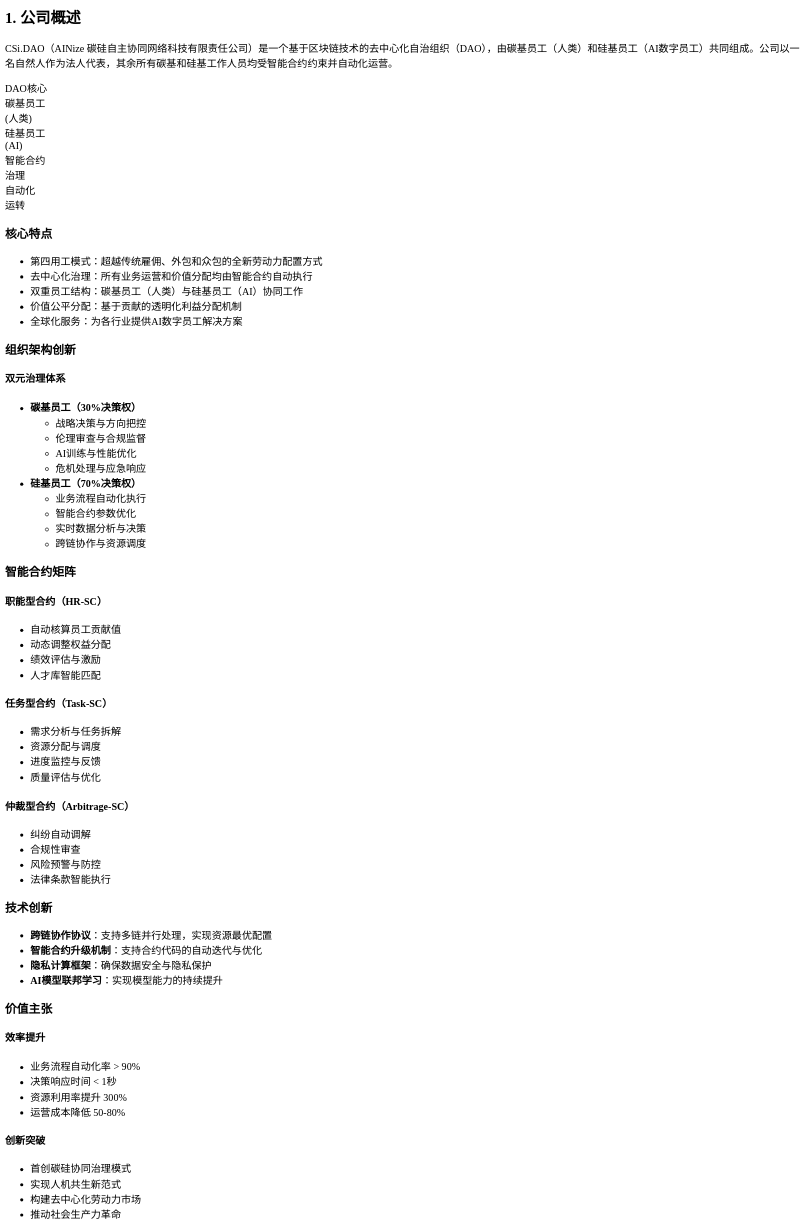
Repository: delez911/ainize
Page: static-site/src/components/overview/overview.html
The author's editor kept a copy of each file at every save. The page is drawn from the files as they stood at one save, then again after the next save.
The browser window is 1280 px wide. The pictures show the whole page, at 63% of full size.

Above is the page before, as saved 2025-04-24 02:35:33.

After the next save:
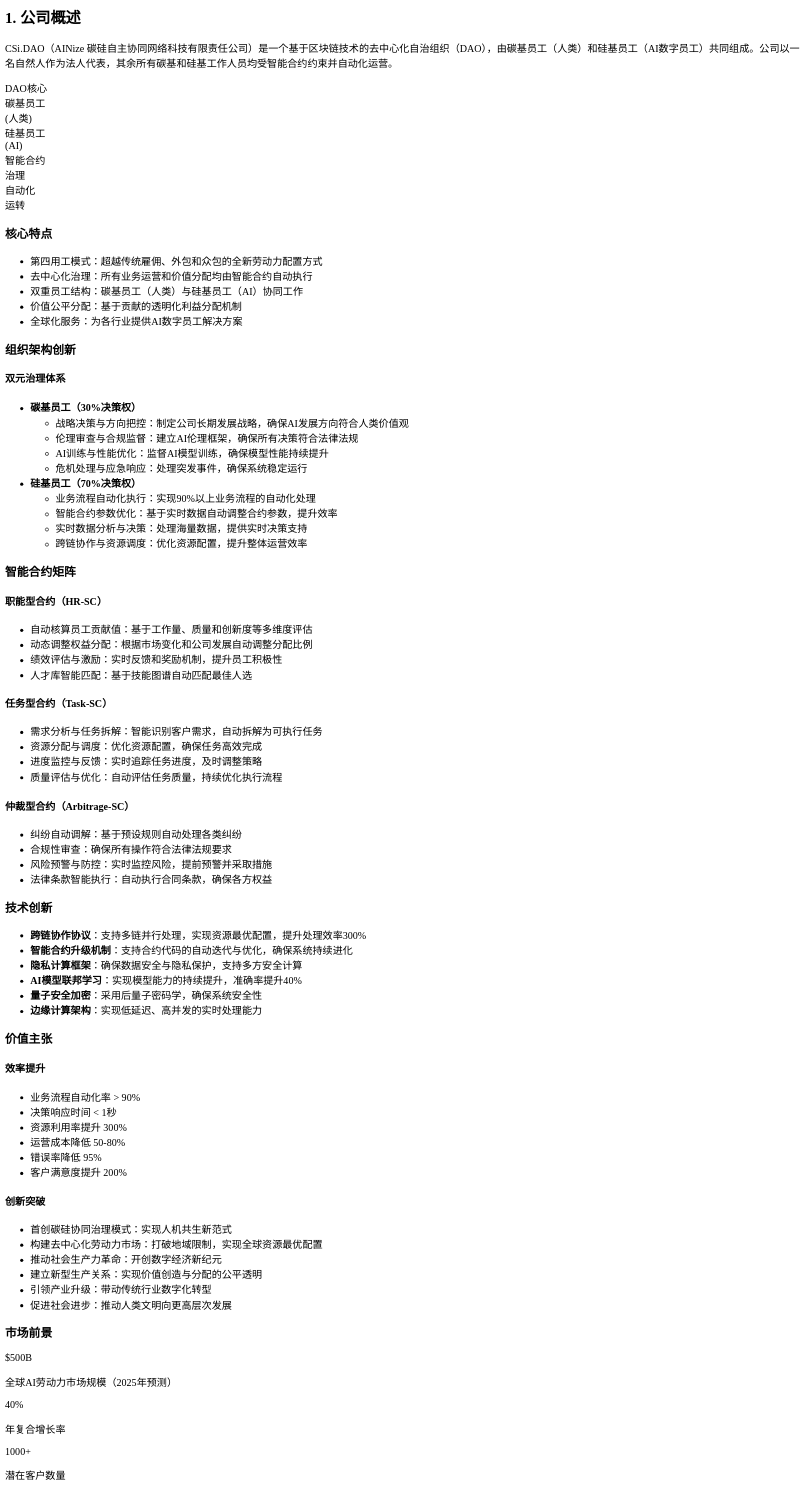
Saved 107 s later.
--- a/static-site/src/components/overview/overview.html
+++ b/static-site/src/components/overview/overview.html
@@ -29,18 +29,18 @@
         <ul>
           <li><strong>碳基员工（30%决策权）</strong>
             <ul>
-              <li>战略决策与方向把控</li>
-              <li>伦理审查与合规监督</li>
-              <li>AI训练与性能优化</li>
-              <li>危机处理与应急响应</li>
+              <li>战略决策与方向把控：制定公司长期发展战略，确保AI发展方向符合人类价值观</li>
+              <li>伦理审查与合规监督：建立AI伦理框架，确保所有决策符合法律法规</li>
+              <li>AI训练与性能优化：监督AI模型训练，确保模型性能持续提升</li>
+              <li>危机处理与应急响应：处理突发事件，确保系统稳定运行</li>
             </ul>
           </li>
           <li><strong>硅基员工（70%决策权）</strong>
             <ul>
-              <li>业务流程自动化执行</li>
-              <li>智能合约参数优化</li>
-              <li>实时数据分析与决策</li>
-              <li>跨链协作与资源调度</li>
+              <li>业务流程自动化执行：实现90%以上业务流程的自动化处理</li>
+              <li>智能合约参数优化：基于实时数据自动调整合约参数，提升效率</li>
+              <li>实时数据分析与决策：处理海量数据，提供实时决策支持</li>
+              <li>跨链协作与资源调度：优化资源配置，提升整体运营效率</li>
             </ul>
           </li>
         </ul>
@@ -51,28 +51,28 @@
         <div class="card">
           <h4>职能型合约（HR-SC）</h4>
           <ul>
-            <li>自动核算员工贡献值</li>
-            <li>动态调整权益分配</li>
-            <li>绩效评估与激励</li>
-            <li>人才库智能匹配</li>
+            <li>自动核算员工贡献值：基于工作量、质量和创新度等多维度评估</li>
+            <li>动态调整权益分配：根据市场变化和公司发展自动调整分配比例</li>
+            <li>绩效评估与激励：实时反馈和奖励机制，提升员工积极性</li>
+            <li>人才库智能匹配：基于技能图谱自动匹配最佳人选</li>
           </ul>
         </div>
         <div class="card">
           <h4>任务型合约（Task-SC）</h4>
           <ul>
-            <li>需求分析与任务拆解</li>
-            <li>资源分配与调度</li>
-            <li>进度监控与反馈</li>
-            <li>质量评估与优化</li>
+            <li>需求分析与任务拆解：智能识别客户需求，自动拆解为可执行任务</li>
+            <li>资源分配与调度：优化资源配置，确保任务高效完成</li>
+            <li>进度监控与反馈：实时追踪任务进度，及时调整策略</li>
+            <li>质量评估与优化：自动评估任务质量，持续优化执行流程</li>
           </ul>
         </div>
         <div class="card">
           <h4>仲裁型合约（Arbitrage-SC）</h4>
           <ul>
-            <li>纠纷自动调解</li>
-            <li>合规性审查</li>
-            <li>风险预警与防控</li>
-            <li>法律条款智能执行</li>
+            <li>纠纷自动调解：基于预设规则自动处理各类纠纷</li>
+            <li>合规性审查：确保所有操作符合法律法规要求</li>
+            <li>风险预警与防控：实时监控风险，提前预警并采取措施</li>
+            <li>法律条款智能执行：自动执行合同条款，确保各方权益</li>
           </ul>
         </div>
       </div>
@@ -80,10 +80,12 @@
       <h3>技术创新</h3>
       <div class="highlight">
         <ul>
-          <li><strong>跨链协作协议</strong>：支持多链并行处理，实现资源最优配置</li>
-          <li><strong>智能合约升级机制</strong>：支持合约代码的自动迭代与优化</li>
-          <li><strong>隐私计算框架</strong>：确保数据安全与隐私保护</li>
-          <li><strong>AI模型联邦学习</strong>：实现模型能力的持续提升</li>
+          <li><strong>跨链协作协议</strong>：支持多链并行处理，实现资源最优配置，提升处理效率300%</li>
+          <li><strong>智能合约升级机制</strong>：支持合约代码的自动迭代与优化，确保系统持续进化</li>
+          <li><strong>隐私计算框架</strong>：确保数据安全与隐私保护，支持多方安全计算</li>
+          <li><strong>AI模型联邦学习</strong>：实现模型能力的持续提升，准确率提升40%</li>
+          <li><strong>量子安全加密</strong>：采用后量子密码学，确保系统安全性</li>
+          <li><strong>边缘计算架构</strong>：实现低延迟、高并发的实时处理能力</li>
         </ul>
       </div>
 
@@ -96,16 +98,36 @@
             <li>决策响应时间 < 1秒</li>
             <li>资源利用率提升 300%</li>
             <li>运营成本降低 50-80%</li>
+            <li>错误率降低 95%</li>
+            <li>客户满意度提升 200%</li>
           </ul>
         </div>
         <div class="vision">
           <h4>创新突破</h4>
           <ul>
-            <li>首创碳硅协同治理模式</li>
-            <li>实现人机共生新范式</li>
-            <li>构建去中心化劳动力市场</li>
-            <li>推动社会生产力革命</li>
+            <li>首创碳硅协同治理模式：实现人机共生新范式</li>
+            <li>构建去中心化劳动力市场：打破地域限制，实现全球资源最优配置</li>
+            <li>推动社会生产力革命：开创数字经济新纪元</li>
+            <li>建立新型生产关系：实现价值创造与分配的公平透明</li>
+            <li>引领产业升级：带动传统行业数字化转型</li>
+            <li>促进社会进步：推动人类文明向更高层次发展</li>
           </ul>
+        </div>
+      </div>
+
+      <h3>市场前景</h3>
+      <div class="market-container">
+        <div class="market-circle">
+          <div class="market-value">$500B</div>
+          <p>全球AI劳动力市场规模（2025年预测）</p>
+        </div>
+        <div class="market-circle">
+          <div class="market-value">40%</div>
+          <p>年复合增长率</p>
+        </div>
+        <div class="market-circle">
+          <div class="market-value">1000+</div>
+          <p>潜在客户数量</p>
         </div>
       </div>
     </div>
